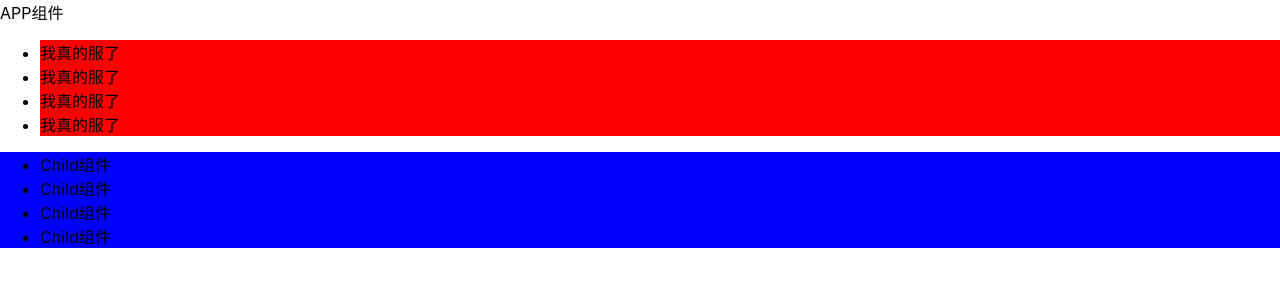
Repository: pagelam97/React-Test-Project
Page: /#/login
An editor plug-in stored every save of this project. The page is shown before and after the next save, followed by the edit.
The browser window is 1280 px wide. The pictures show the whole page.
The project was rebuilt for these pictures with package versions that can differ from the ones it lists, and the page was loaded fresh each time.

Above is the page before, as saved 2022-09-01 16:13:56.

After the next save:
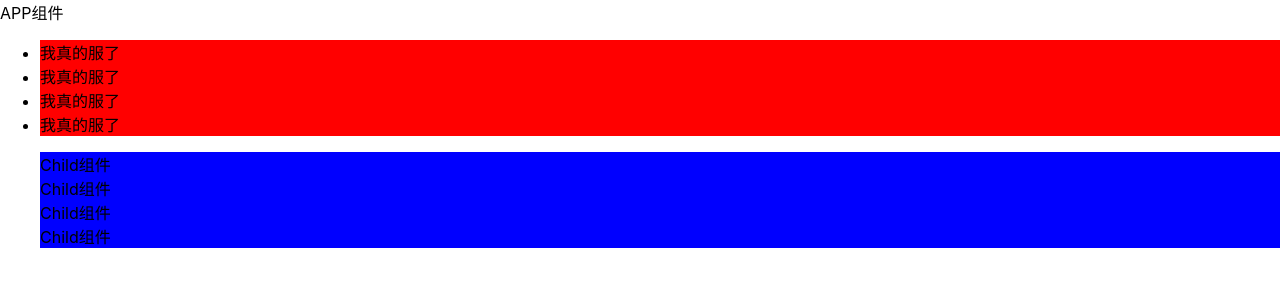
Saved 31 s later.
--- a/src/Child.module.scss
+++ b/src/Child.module.scss
@@ -1,12 +1,15 @@
 
 
   .childStyle {
+list-style: none;
+li{
+    background-color: blue;
+
+}
 
 
 
 
 
 
-
-    background-color: blue;
   }
